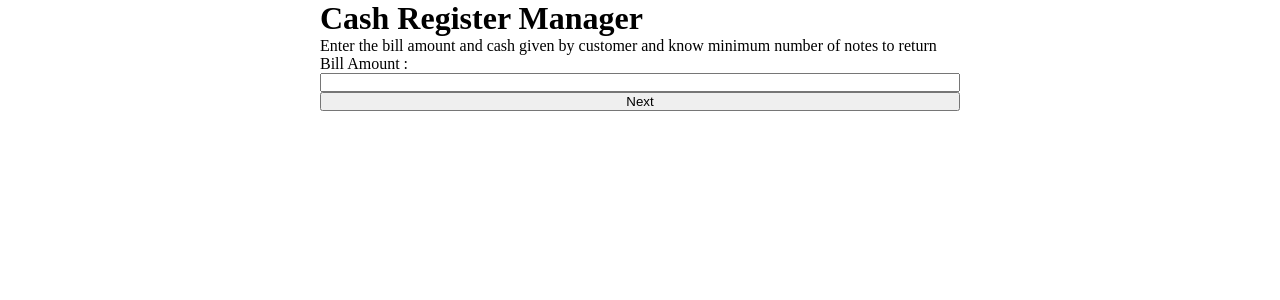
Repository: patelamancode/Cash-register-manager-app
Page: index.html
The author's editor kept a copy of each file at every save. The page is drawn from the files as they stood at one save, then again after the next save.
The browser window is 1280 px wide. The pictures show the whole page.

Above is the page before, as saved 2022-11-18 15:24:06.

### index.html
<!DOCTYPE html>
<html lang="en">

<head>
    <meta charset="UTF-8">
    <meta http-equiv="X-UA-Compatible" content="IE=edge">
    <meta name="viewport" content="width=device-width, initial-scale=1.0">
    <link rel="stylesheet" href="index.css">
    <title>Cash register app</title>
</head>

<body>
    <div id="main-container">
        <h1 class="heading">Cash Register Manager</h1>
        <p id="description">Enter the bill amount and cash given by customer
            and know minimum number of notes to return
        </p>
        <label for="Bill-amount">Bill Amount :</label>
        <input type="text" id="bill-amount">
        <button id="next-btn">Next</button>
        <div class="sub-container">
            <label for="Cash-amount" class="cash-section">User Cash :</label>
            <input type="text" id="cash-amount">
            <button class="check-btn">Check</button>
            <p class="error-message"></p>
            <table class="change-cash">
                <caption>Return Change Cash :</caption>
                <tr>
                    <th>No. of notes</th>
                    <td class="notes-number"></td>
                    <td class="notes-number"></td>
                    <td class="notes-number"></td>
                    <td class="notes-number"></td>
                    <td class="notes-number"></td>
                    <td class="notes-number"></td>
                    <td class="notes-number"></td>
                    <td class="notes-number"></td>
                    <td class="notes-number"></td>
                    <td class="notes-number"></td>
                </tr>
                <tr>
                    <th>Notes</th>
                    <td>2000</td>
                    <td>1000</td>
                    <td>500</td>
                    <td>200</td>
                    <td>100</td>
                    <td>50</td>
                    <td>20</td>
                    <td>10</td>
                    <td>5</td>
                    <td>1</td>
                </tr>
            </table>
        </div>
    </div>

    <script src="index.js"></script>
</body>

</html>

### index.css
*{
    margin: 0;
    padding: 0;
}

#main-container{
    display: flex;
    flex-direction: column;
    width: 50vw;
    margin: auto;
}

.sub-container{
    background-color: yellow;
    display: none;
    flex-direction: column;
    width: 50vw;
    margin: auto;
}

### index.js
// document.querySelector('.check-btn').addEventListener('click', function(){
//     console.log("Check button is clicked")
// })

const billAmount = document.querySelector('#bill-amount');
const cashAmount = document.querySelector('#cash-amount');
const checkButton = document.querySelector('.check-btn');
const errorMessage = document.querySelector('.error-message');
const notesDisplay = document.querySelectorAll('.notes-number');
// from here
const hideContent = document.querySelector('.sub-container');
const nextButton = document.querySelector('#next-btn');


// Testing console values for all inputs
// checkButton.addEventListener('click', function(){
//     console.log(cashAmount.value);
// })

nextButton.addEventListener('click', function(){
    hideContent.style.display = "flex"
    hideContent.style.flexDirection = "column"
})
// to here

const displayErrorMessage = function (message) {
    errorMessage.style.display = "block";
    errorMessage.style.backgroundColor = "red";
    errorMessage.innerText = message;
}
const hideErrorMessage = function(){
    errorMessage.style.display = "none";

}

const notesArray = [2000, 1000, 500, 200, 100, 50, 20, 10, 5, 1];
const numberOfNotesGiven = function(returnAmount){
    for(let i=0; i< notesArray.length; i++){
        let notesCount = Math.trunc(returnAmount/notesArray[i]);
        returnAmount = returnAmount%notesArray[i];
        notesDisplay[i].innerText = notesCount;
    }
}

checkButton.addEventListener('click', function amountValidation() {
    hideErrorMessage();

    if (billAmount.value > 0) {
        if(cashAmount.value >= billAmount.value){
            const returnAmount = cashAmount.value - billAmount.value;
            numberOfNotesGiven(returnAmount);
        }
        else{
            displayErrorMessage("Invalid Cash value as per Bill amount");
        }
    }
    else {
        displayErrorMessage("Please make sure input bill amount must be positive and non-zero value");
    }
})



// 1550

After the next save:
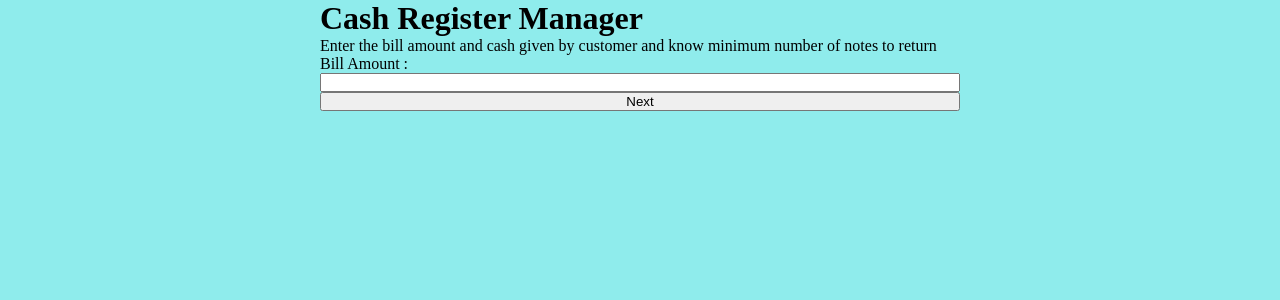
Saved 2 min 3 s later.
--- a/index.css
+++ b/index.css
@@ -1,6 +1,10 @@
 *{
     margin: 0;
     padding: 0;
+}
+
+body{
+    background-color: rgb(143, 236, 236);
 }
 
 #main-container{
